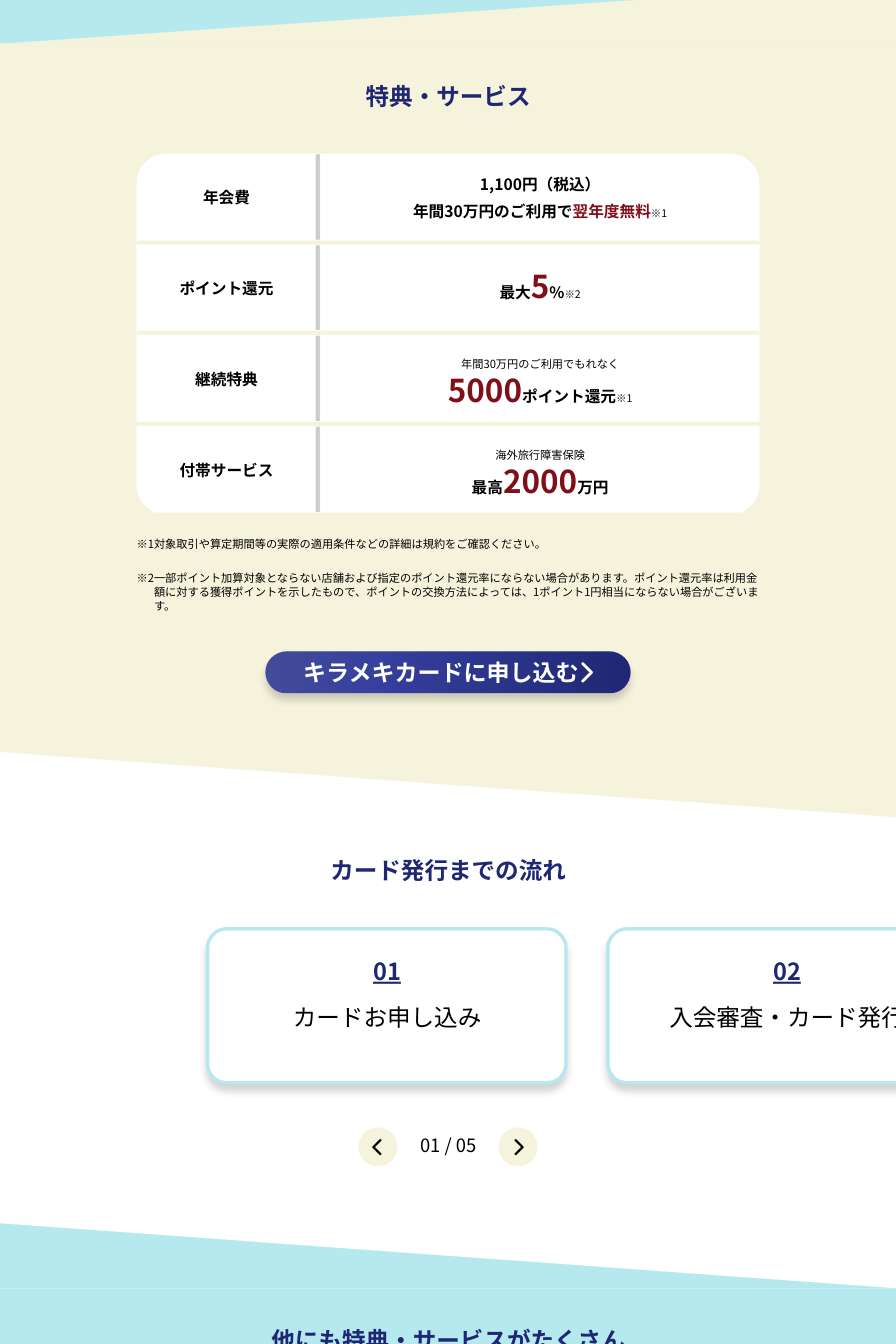
Repository: ryu-nuno/tech_academy_subwork
Page: kadai-kirameki-card-main/index.html
The author's editor kept a record of every edit. The page is drawn from the files as they stood at one moment, then again after the next edit.
The browser window is 1280 px wide. The pictures show the part of the page from y = 1769 to 3689 px (the page is 6409 px tall), at 70% of full size.
Some web libraries are served in a nearby version.

Above is the page before.

### kadai-kirameki-card-main/index.html
<!DOCTYPE html>
<html lang="ja">
    <head>
        <meta charset="UTF-8">
        <meta name="viewport" content="width=device-width, initial-scale=1.0">
        <title>Kirameki-card</title>
        <meta name="description" content="ページの説明が入ります">

        <!-- CSS -->
        <link rel="stylesheet" href="https://cdnjs.cloudflare.com/ajax/libs/normalize/8.0.1/normalize.css">
        <link rel="stylesheet" type="text/css" href="./slick/slick.css">
        <link rel="stylesheet" type="text/css" href="./slick/slick-theme.css">
        <link rel="stylesheet" href="https://unpkg.com/swiper/swiper-bundle.css">
        <link rel="stylesheet" href="https://unpkg.com/swiper/swiper-bundle.min.css">
        <link rel="stylesheet" href="./css/style.css">

        <!-- FontAwesome -->
        <script src="https://kit.fontawesome.com/ab2670e4fc.js" crossorigin="anonymous"></script>

        <link rel="preconnect" href="https://fonts.googleapis.com">
        <link rel="preconnect" href="https://fonts.gstatic.com" crossorigin>
        <link href="https://fonts.googleapis.com/css2?family=Cormorant+Garamond:wght@300&family=Noto+Serif+JP&family=Roboto&display=swap" rel="stylesheet">
    </head>
    <body>
      <div id="wrapper">


        <!-- ヘッダー -->
        <header class="header">
          <div class="logo"><img src="./images/pc/Kirameki_Card_logo.png" alt=""></div>

          <div class="header_wrap">
            <div class="nav">
            <nav class="pc_nav">
              <ul class="pc_nav_ul">
                <li><a href="#">カード活用方法</a></li>
                <li><a href="#">ポイントを使う</a></li>
                <li><a href="#">お問合せ</a></li>
              </ul>
            </nav>
            </div>

            <div class="application_button_s"><span class="head_right"><a href="#">申し込む</a></span><i class="fas fa-chevron-right"></i></div>
          </div>
        </header>


        <header class="sp_header">
          <div><div class="sp_logo">キラメキカード</div></div>
                  <div class="sp_nav_wrap">
          <div id="menu"><span class="hamburger"><i class="fas fa-bars"></i></span></div>
            <nav class="sp_nav">
            <ul class="sp_nav_ul">
              <li><a href="#">カード活用方法</a>/li>
              <li><a href="#">ポイントを使う</a></li>
              <li><a href="#">お問い合わせ</a></li>
            </ul>
        </nav>
    </div>
  </header>

        <!--メイン-->
        <main>

          <section class="main_top">
              <h1 class="main_catch">ネットショッピング時代の<br class="sp_br" />スタンダード</h1>
                <div class="main_img">
                  <img src="./images/pc/lp6_1.png" alt="">
                </div>
                <div class="sp_join_button"><span class="sp_join_p"><a href="#">申し込む</a></span><i class="fas fa-chevron-right"></i></div>
                <div class="stack">
                  <div class="sub_catch">キラメキカードは<br class="sp_br" />2021最強クレジットカード<br class="sp_br" />ランキングNo.1に選ばれました</div>
                </div>
          </section>

          <section class="gap">
          </section>
          <section class="join1">

            <h2 class="ad_heading">新規ご入会&ご利用で！</h2>
            <div class="join_wrap">
              <div class="join_detail">
                <span class="vertical">最大</span>
                <span class="font_l_red">8000</span><span class="point">ポイント</span><span class="kome">※</span><br />
                <span class="text_center_present">プレゼント!</span>
              </div>

              <div class="campaign_period">
                <span class="campaign">キャンペーン期間</span>
               <span class="period">2021年10月1日〜2022年3月31日</span>
              </div>

               <div class="campaign_caution">
                 <span class="rice_2">※</span>
                <span class="subject">最大8000ポイントは新規ご入会かつカード発行後1ヶ月以内に3000円以上ご利用いただいた方が対象となります</span>
               </div>

              <div class="caution_detail">
                <div class="detail_first">
                <span class="caution">＜ご注意事項＞<br /></span>
                <span class="not_app">以下のいずれかに当てはまる場合は対象外になります。<br /></span>
              </div>

              <div class="detail_second">
                <div class="flex">
                <span class="not_app_p">・</span><span class="not_app_block">2021年9月30日時点で弊社が指定するカードをお持ちの方</span>
              </div>
              <div class="flex">
                <span class="not_app_p">・</span><span class="not_app_block">2019年3月1日以降、新規で弊社が指定するカードを発行した履歴がある方</span>
              </div>
            </div>
            </div>
            </div>

              <div class="application_button_l"><span class="ad_right"><a href="#">キラメキカードに申し込む</a></span><i class="fas fa-chevron-right"></i></div>
           </section>

           <section class="benefit_service">
             <h2 class="heading">特典・サービス</h2>
            <table class="benefit_table">
              <tr>
                <td class="h_cell left_top"><span class="bold_head t_head">年会費</span></td>
                <td class="d_cell right_top"><span class="bold">1,100円（税込）<br /></span>
                  <span class="bold">年間30万円のご利用で</span><span class="red_m">翌年度無料</span><span class="annnotation sp_position">※1</span>
              </td>
              </tr>
              <tr>
                <td class="h_cell"><span class="bold_head t_head">ポイント還元</span></td>
                <td class="d_cell"><span class="bold">最大</span><span class="red_l">5</span><span class="bold">%</span><span class="annnotation">※2</span> </td>
              </tr>
              <tr>
                <td class="h_cell"><span class="bold_head t_head">継続特典</span></td>
                <td class="d_cell"><span class="regular">年間30万円のご利用でもれなく<br /></span>
                    <span class="red_l">5000</span><span class="bold">ポイント還元</span><span class="annnotation">※1</span>
                </td>
              </tr>
              <tr>
                <td class="h_cell left_bottom"><span class="bold_head t_head">付帯サービス</span></td>
                <td class="d_cell right_bottom"><span class="regular">海外旅行障害保険<br /></span>
                  <span class="bold">最高</span><span class="red_l">2000</span><span class="bold">万円</span>
                </td>
              </tr>
            </table>

            <div class="supplement sp_bottom"><span class="spp_no">※1</span> <span class="spp_p">対象取引や算定期間等の実際の適用条件などの詳細は規約をご確認ください。</span></div>

          <div class="supplement"><span class="spp_no">※2</span><span class="spp_p"> 一部ポイント加算対象とならない店舗および指定のポイント還元率にならない場合があります。ポイント還元率は利用金額に対する獲得ポイントを示したもので、ポイントの交換方法によっては、1ポイント1円相当にならない場合がございます。</span></div>


              <div class="application_button_l">キラメキカードに申し込む<i class="fas fa-chevron-right"></i></div>
           </section>

           <section class="flow">
             <h2 class="heading">カード発行までの流れ</h2>

             <div class="swiper">
              <div class="swiper-wrapper">
                <div class="swiper-slide"><span class="flow_no">01<br /></span><span class="flow_head">カードお申し込み</span></div>
                <div class="swiper-slide"><span class="flow_no">02<br /></span><span class="flow_head">入会審査・カード発行</span></div>
                <div class="swiper-slide"><span class="flow_no">03<br /></span><span class="flow_head">カード到着</span></div>
                <div class="swiper-slide"><span class="flow_no">04<br /></span><span class="flow_head">アプリをダウンロード</span></div>
                <div class="swiper-slide"><span class="flow_no">05<br /></span><span class="flow_head">アプリでカード番号を確認</span></div>
              </div>
              <div class="swiper-button-prev"></div>
              <div class="swiper-button-next"></div>
              <div class="swiper-pagination"></div>
            </div>
           </section>


           <section class="other">
              <h2 class="heading">他にも<br class="sp_br" />特典・サービスがたくさん</h2>

              <div class="other_wrap">
                <dl class="accordion">
                    <dt class="other_heading"><div class="sp_question pc_question"><span class="other_head_p">国内も、海外も。<br class="sp_br" />最高2,000万円の旅行傷害保険。</span><span class="symbol">開く</span></div></dt>
                    <dd class="other_p"><div class="flex" style="display : flex; align-items: baseline;"><div class="other_block">最高2,000万円の旅行傷害保険<br />海外・国内最高2,000万円の旅行傷害保険が付帯されます。（一部利用条件あり）</div></div></dd>
                    <dt class="other_heading"><div class="sp_question"><span class="other_head_p">年間300万円までの<br class="sp_br" />お買物安心保険。</span><span class="symbol">開く</span></div></dt>
                    <dd class="other_p"><div class="flex" style="display : flex; align-items: baseline;"><div class="other_block">キラメキクレジットカードで決済して購入した商品が壊れたり、盗まれたりしたときに安心の保険サービスです。<br />保険料のお支払いや事前のお届けは必要ございません。</div></div></dd>
                    <dt class="other_heading"><div class="sp_question"><span class="other_head_p">国内空港ラウンジサービスが<br class="sp_br" />無料<br class="sp_br"></span><span class="symbol">開く</span></div></dt>
                    <dd class="other_p"><div class="flex" style="display : flex; align-items: baseline;"><div class="other_block">国内主要空港のラウンジを無料でご利用いただくことが可能です。</div></div></dd>
                    <dt class="other_heading"><div class="sp_question"><span class="other_head_p">海外Wi-Fi無料レンタル</span><span class="symbol">開く</span></div></dt>
                    <dd class="other_p"><div class="flex" style="display : flex; align-items: baseline;"><div class="other_block">海外でご利用いただけるポータブルWi-Fiを無料でレンタルすることが可能です。</div></div></dd>
                    <dt class="other_heading"><div class="sp_question"><span class="other_head_p">24時間対応の<br class="sp_br" />紛失受付センター</span><span class="symbol">開く</span></div></dt>
                    <dd class="other_p"><div class="flex" style="display : flex; align-items: baseline;"><div class="other_block">紛失したカードの利用停止と再発行のお手続きをWebと電話から同時に行うことが可能です。</div></div></dd>
                  </dl>
                </div>
            </section>









            <section class="base_info">
              <h2 class="heading">基本情報</h2>

              <table class="base_info_table">
                <tr><td class="base_info_th">名称</td><td class="base_info_td">キラメキクレジットカード</td></tr>
                <tr><td class="base_info_th">発行ブランド</td><td class="base_info_td">AAAAA / BBBBB</td></tr>
                <tr><td class="base_info_th">入会対象者</td><td class="base_info_td">満20歳以上で、ご本人に安定継続収入のある方</td></tr>
                <tr><td class="base_info_th">年会費</td><td class="base_info_td"><div class="line_height">＜本会員＞<br />　通常　1100円（税込）<br />　※年間30万円のご利用で翌年の年会<br class="sp_br" />費無料<br /><br />　＜家族会員＞<br />　無料（人数制限なし）</div></td></tr>
                <tr><td class="base_info_th">ポイント</td><td class="base_info_td">カード利用金額 200円（税込）ご利用で1ポイント</td></tr>
                <tr><td class="base_info_th">旅行傷害保険</td><td class="base_info_td">最高2,000万円の海外・国内旅行傷害保険<br /><span class="annotation_flex"><span class="info_annnotation">※</span><span class="info_annnotation aanotation_block">傷害死亡・後遺障害補償は、事前の旅費などの当該カードでのクレジット決済有無により最高補償額が異なります。</span></span></td></tr>
                <tr><td class="base_info_th">ショッピング保証</td><td class="base_info_td">年間300万円までのお買物安心保険<br /><span class="annotation_flex"><span class="info_annnotation">※</span><span class="info_annnotation aanotation_block">一部補償の対象とならない商品・損害がございます</span></span></td></tr>


              </table>
            </section>

            <section class="join2">
              <h2 class="ad_heading">新規ご入会&amp;ご利用で！</h2>
              <div class="join_wrap">
                <div class="join_detail">
                  <span class="vertical">最大</span>
                  <span class="font_l_red">8000</span><span class="point">ポイント</span><span class="small">※</span><br />
                  <span class="text_center_present">プレゼント!</span>
                </div>

                <div class="campaign_period">
                  <span class="campaign">キャンペーン期間</span>
                 <span class="period">2021年10月1日〜2022年3月31日</span>
                </div>

                 <div class="campaign_caution">
                   <span class="rice_2">※</span>
                  <span class="subject">最大8000ポイントは新規ご入会かつカード発行後1ヶ月以内に3000円以上ご利用いただいた方が対象となります</span>
                 </div>

                <div class="caution_detail">
                  <div class="detail_first">
                  <span class="caution">＜ご注意事項＞<br /></span>
                  <span class="not_app">以下のいずれかに当てはまる場合は対象外になります。<br /></span>
                </div>

                <div class="detail_second">
                  <div class="flex">
                  <span class="not_app_p">・</span><span class="not_app_block">2021年9月30日時点で弊社が指定するカードをお持ちの方</span>
                </div>
                <div class="flex">
                  <span class="not_app_p">・</span><span class="not_app_block">2019年3月1日以降、新規で弊社が指定するカードを発行した履歴がある方</span>
                </div>
              </div>
              </div>
              </div>

                <div class="application_button_l"><span class="ad_right">キラメキカードに申し込む</span><i class="fas fa-chevron-right"></i></div>
             </section>

        </main>

        <!-- フッター -->
        <footer class="footer">
          <div class="footer_logo"><img src="./images/pc/Kirameki_Card_logo.png" alt=></div>
          <p class="copywrite">&copy; 2004-2021 Kirameki Card Co. Ltd. All Rights Reserved.</p>

        </footer>

        <!-- JS -->
        <script src="https://ajax.googleapis.com/ajax/libs/jquery/3.4.1/jquery.min.js"></script>
        <!--<script type="text/javascript" src="https://cdnjs.cloudflare.com/ajax/libs/jquery/1.11.1/jquery.min.js"></script>
        <script src="https://code.jquery.com/jquery-2.2.0.min.js" type="text/javascript"></script>-->
        <script src="https://unpkg.com/swiper/swiper-bundle.js"></script>
        <script src="https://unpkg.com/swiper/swiper-bundle.min.js"></script>
        <script src="./slick/slick.js" type="text/javascript" charset="utf-8"></script>
        <script src="./js/hamburger.js"></script>
        <script src="./js/accordion.js"></script>
        <script src="./js/swiper.js"></script>
        <script src="./js/inview.js"></script>

      </div>
    </body>
</html>

Loaded but not shown: kadai-kirameki-card-main/slick/slick.css (common file); kadai-kirameki-card-main/slick/slick-theme.css (common file); kadai-kirameki-card-main/slick/slick.js (library); kadai-kirameki-card-main/js/swiper.js (42 lines, source omitted); kadai-kirameki-card-main/js/inview.js (12 lines, source omitted); kadai-kirameki-card-main/js/accordion.js (6 lines, source omitted); kadai-kirameki-card-main/js/hamburger.js (5 lines, source omitted); kadai-kirameki-card-main/css/style.css (1404 lines, source omitted)

After the next edit:
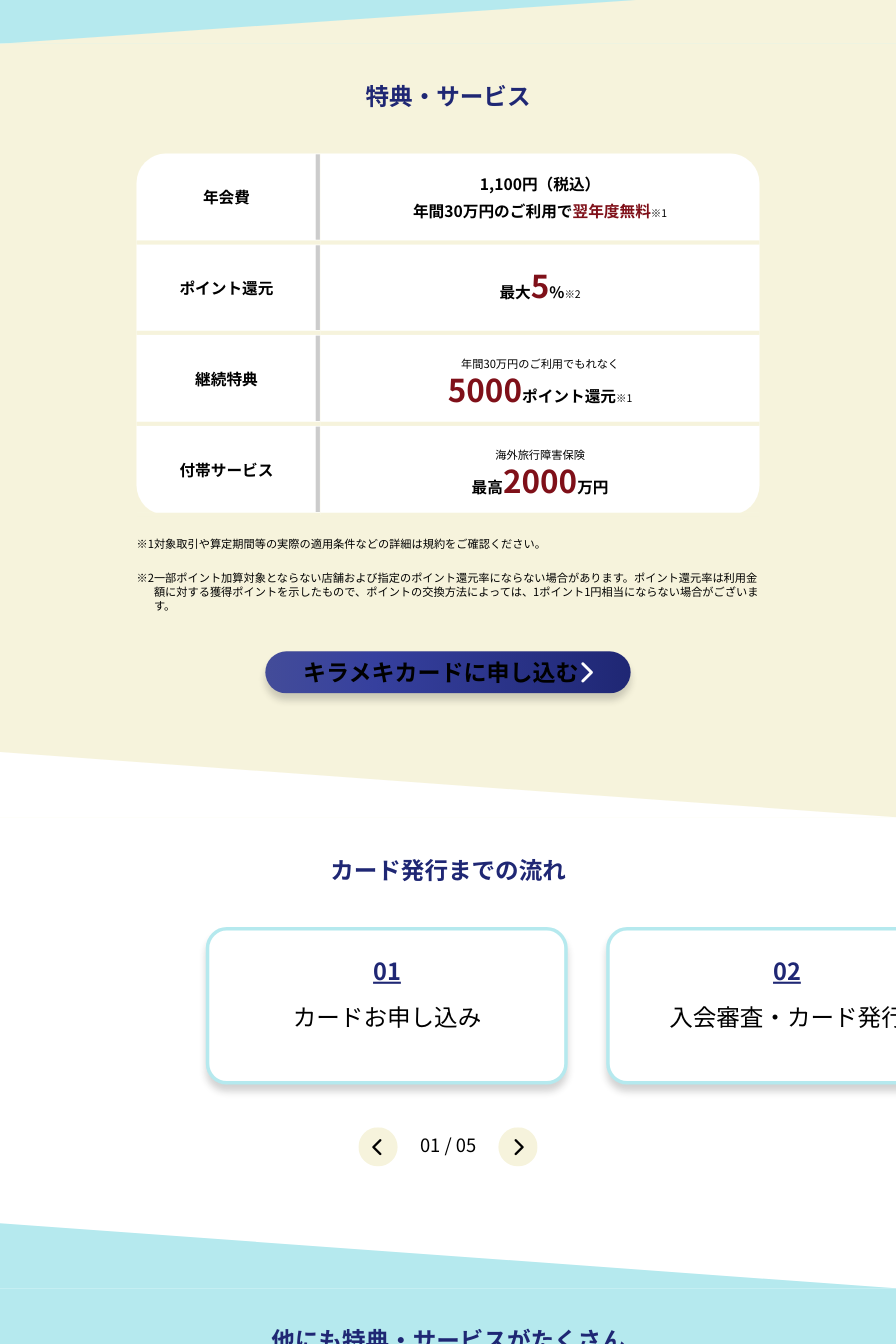
The edit:
--- a/kadai-kirameki-card-main/index.html
+++ b/kadai-kirameki-card-main/index.html
@@ -147,7 +147,7 @@
           <div class="supplement"><span class="spp_no">※2</span><span class="spp_p"> 一部ポイント加算対象とならない店舗および指定のポイント還元率にならない場合があります。ポイント還元率は利用金額に対する獲得ポイントを示したもので、ポイントの交換方法によっては、1ポイント1円相当にならない場合がございます。</span></div>
 
 
-              <div class="application_button_l">キラメキカードに申し込む<i class="fas fa-chevron-right"></i></div>
+              <div class="application_button_l"><a href="#">キラメキカードに申し込む</a><i class="fas fa-chevron-right"></i></div>
            </section>
 
            <section class="flow">
